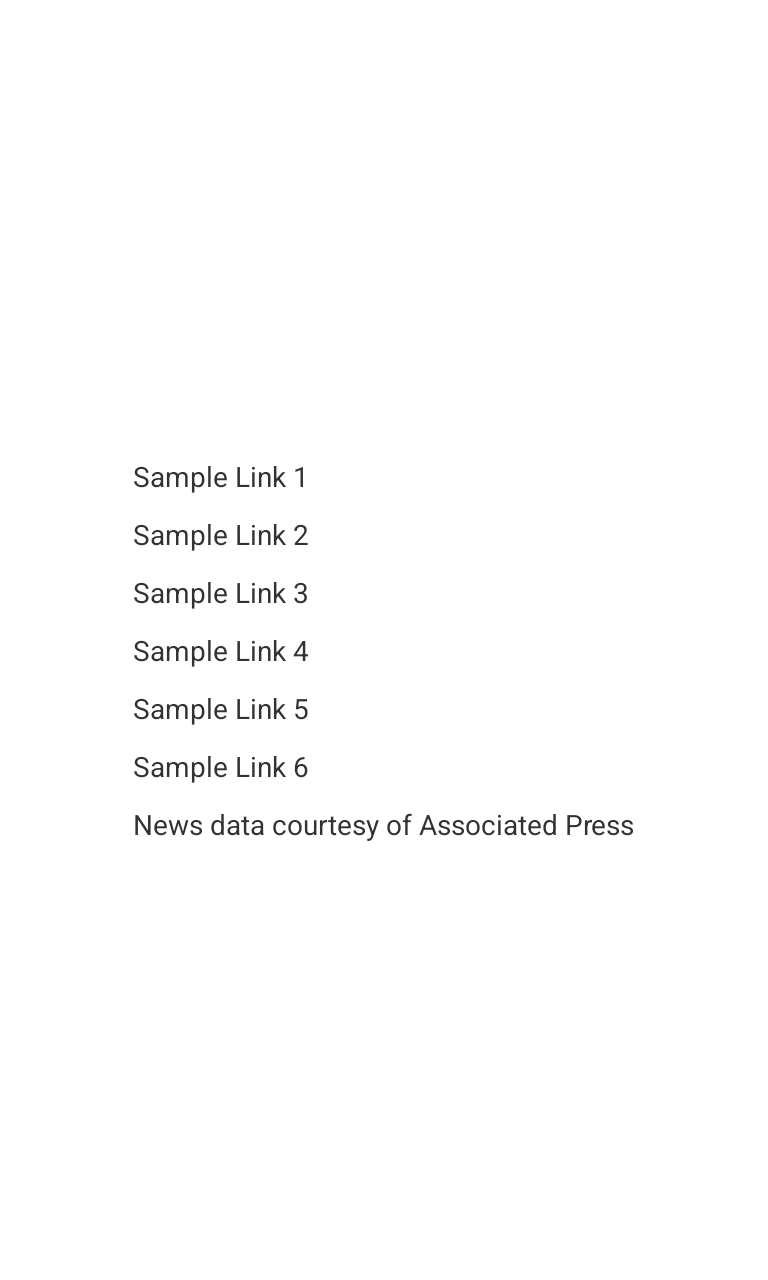
Repository: scottcaruso/MDF3_widgets_and_action_bars
Layout: news_feed_widget/res/layout/widget_layout.xml
An editor plug-in stored every save of this project. The layout is shown before and after the next save, followed by the edit.
It is drawn on a 768 x 1280 px phone screen (xhdpi) without system bars, with theme AppTheme; the app's code is not run.

Above is the layout before, as saved 2013-09-19 00:52:31.

After the next save:
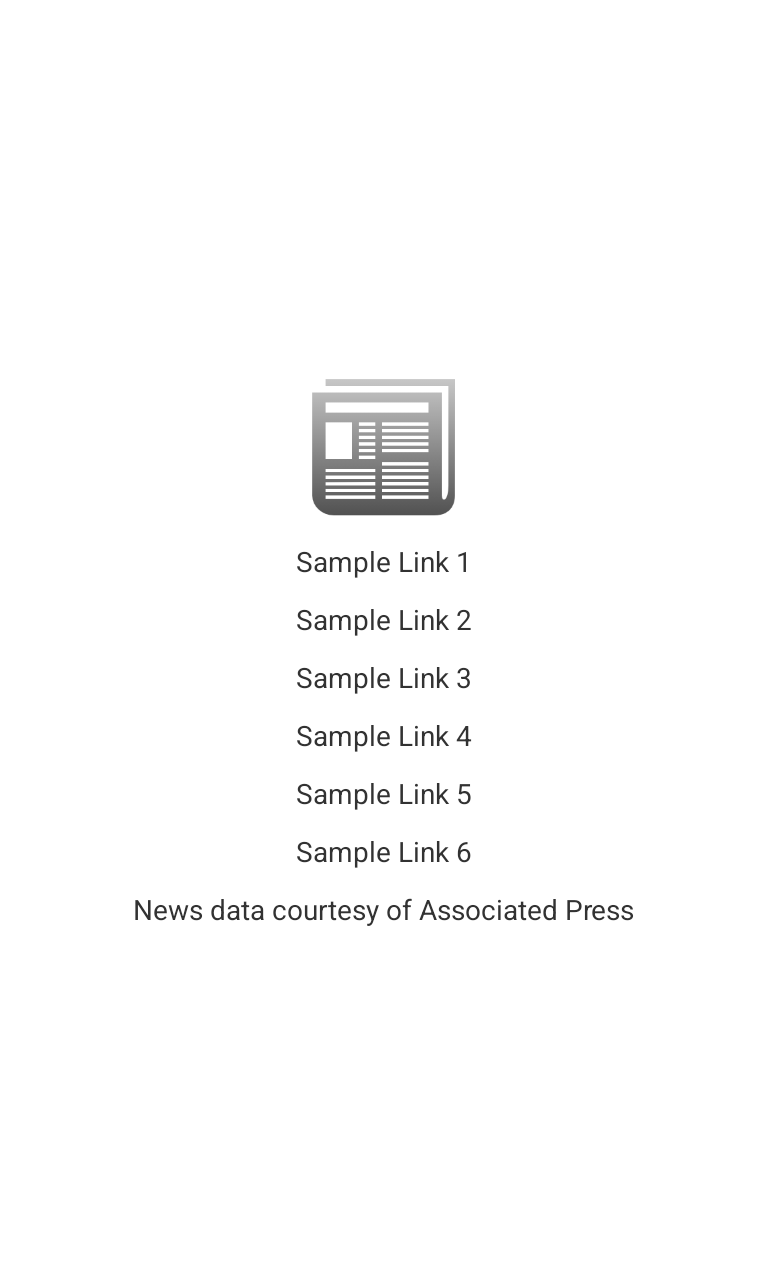
Saved 3 min 19 s later.
--- a/news_feed_widget/res/layout/widget_layout.xml
+++ b/news_feed_widget/res/layout/widget_layout.xml
@@ -9,57 +9,67 @@
         android:layout_gravity="center"
         android:orientation="vertical" >
 
-        <TextView
-        android:id="@+id/link1"
-        android:layout_width="wrap_content"
-        android:layout_height="wrap_content"
-        android:text="@string/sample_link_1"
-        android:paddingTop="10dp"/>
+        <ImageView
+            android:id="@+id/imageView1"
+            android:layout_width="85dp"
+            android:layout_height="85dp"
+            android:layout_gravity="center"
+            android:src="@drawable/newspaper" />
 
         <TextView
-        android:id="@+id/link2"
-        android:layout_width="wrap_content"
-        android:layout_height="wrap_content"
-        android:text="@string/sample_link_2"
-        android:paddingTop="10dp" />
+            android:id="@+id/link1"
+            android:layout_width="wrap_content"
+            android:layout_height="wrap_content"
+            android:layout_gravity="center"
+            android:paddingTop="10dp"
+            android:text="@string/sample_link_1" />
 
         <TextView
-        android:id="@+id/link3"
-        android:layout_width="wrap_content"
-        android:layout_height="wrap_content"
-        android:text="@string/sample_link_3"
-        android:paddingTop="10dp" />
+            android:id="@+id/link2"
+            android:layout_width="wrap_content"
+            android:layout_height="wrap_content"
+            android:layout_gravity="center"
+            android:paddingTop="10dp"
+            android:text="@string/sample_link_2" />
 
         <TextView
-        android:id="@+id/link4"
-        android:layout_width="wrap_content"
-        android:layout_height="wrap_content"
-        android:text="@string/sample_link_4"
-        android:paddingTop="10dp" />
+            android:id="@+id/link3"
+            android:layout_width="wrap_content"
+            android:layout_height="wrap_content"
+            android:layout_gravity="center"
+            android:paddingTop="10dp"
+            android:text="@string/sample_link_3" />
 
         <TextView
-        android:id="@+id/link5"
-        android:layout_width="wrap_content"
-        android:layout_height="wrap_content"
-        android:text="@string/sample_link_5"
-        android:paddingTop="10dp" />
+            android:id="@+id/link4"
+            android:layout_width="wrap_content"
+            android:layout_height="wrap_content"
+            android:layout_gravity="center"
+            android:paddingTop="10dp"
+            android:text="@string/sample_link_4" />
 
         <TextView
-        android:id="@+id/link6"
-        android:layout_width="wrap_content"
-        android:layout_height="wrap_content"
-        android:text="@string/sample_link_6"
-        android:paddingTop="10dp" />
+            android:id="@+id/link5"
+            android:layout_width="wrap_content"
+            android:layout_height="wrap_content"
+            android:layout_gravity="center"
+            android:paddingTop="10dp"
+            android:text="@string/sample_link_5" />
 
         <TextView
-        android:id="@+id/about"
-        android:layout_width="wrap_content"
-        android:layout_height="wrap_content"
-        android:text="@string/news_data_courtesy_of_associated_press"
-        android:paddingTop="10dp" />
+            android:id="@+id/link6"
+            android:layout_width="wrap_content"
+            android:layout_height="wrap_content"
+            android:layout_gravity="center"
+            android:paddingTop="10dp"
+            android:text="@string/sample_link_6" />
 
+        <TextView
+            android:id="@+id/about"
+            android:layout_width="wrap_content"
+            android:layout_height="wrap_content"
+            android:paddingTop="10dp"
+            android:text="@string/news_data_courtesy_of_associated_press" />
     </LinearLayout>
 
-
-
 </FrameLayout>
